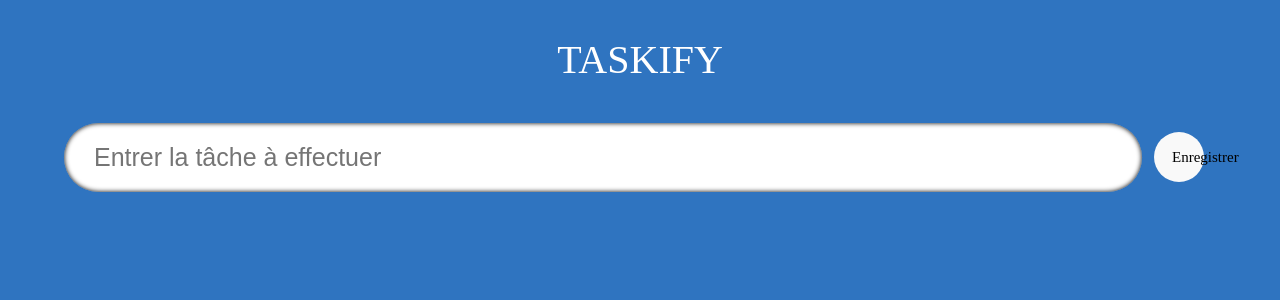
Repository: abdoulkarim20/react-ts-training
Page: /
An editor plug-in stored every save of this project. The page is shown before and after the next save, followed by the edit.
The browser window is 1280 px wide. The pictures show the whole page.
Some web fonts or font styles are not loaded; a fallback is used. The project was rebuilt for these pictures with package versions that can differ from the ones it lists, and the page was loaded fresh each time. Also part of the build but not shown: vite.config.ts.

Above is the page before, as saved 2024-01-23 00:15:51.

After the next save:
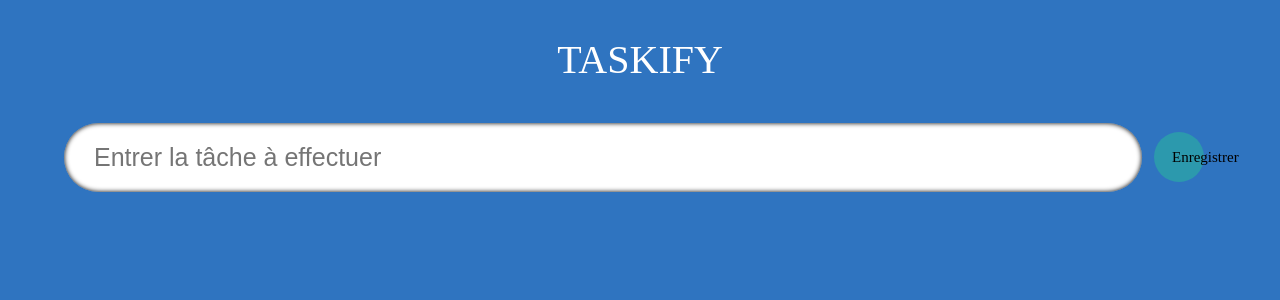
Saved 4 s later.
--- a/src/components/styles.css
+++ b/src/components/styles.css
@@ -27,5 +27,5 @@
     right: 0px;
     border: none;
     font-size: 15px;
-    background-color: #2f;
+    background-color: #2f74;
 }
